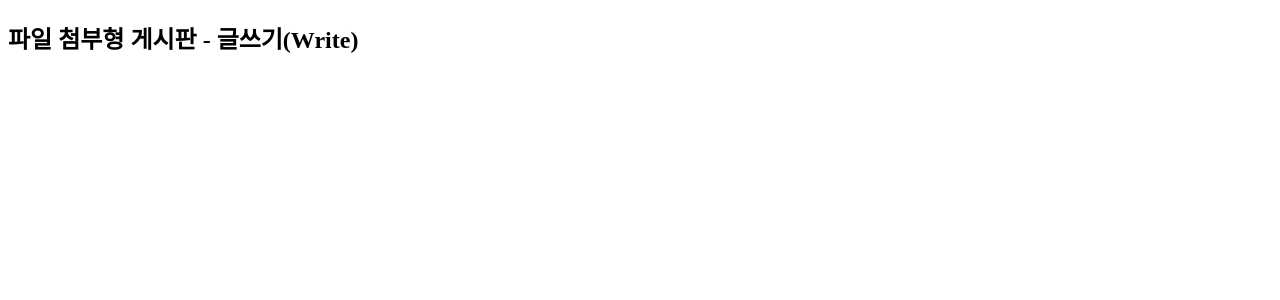
Repository: Motibidu/JSP_Servlet
Page: http://localhost/MushHaveJsp/mvcboard/write.do
The author's editor kept a copy of each file at every save. The page is drawn from the files as they stood at one save, then again after the next save.
The browser window is 1280 px wide. The pictures show the whole page.
The page is served by Tomcat 10.

Above is the page before, as saved 2025-05-15 06:13:15.

After the next save:
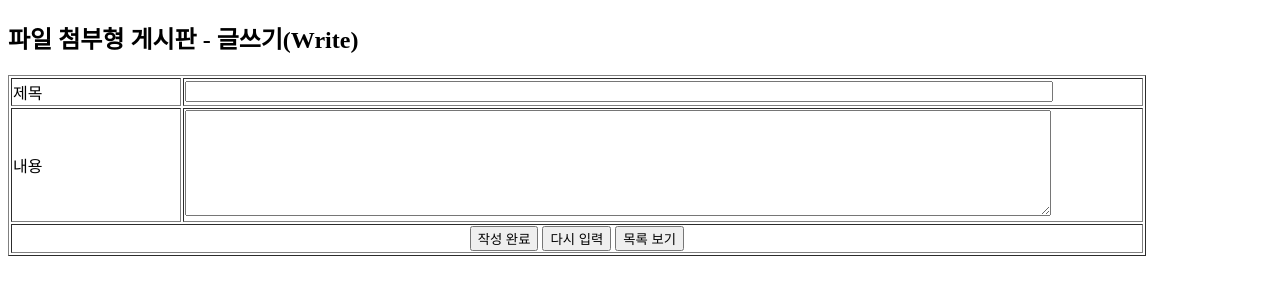
Saved 34 s later.
--- a/MushHaveJsp/src/main/webapp/14MVCBoard/Write.jsp
+++ b/MushHaveJsp/src/main/webapp/14MVCBoard/Write.jsp
@@ -34,5 +34,30 @@
 </head>
 <body>
 	<h2>파일 첨부형 게시판 - 글쓰기(Write)</h2>
+	<form name="writeFrm" method="post" action="WriteProcess.jsp"
+      onsubmit="return validateForm(this);">
+    <table border="1" width="90%">
+        <tr>
+            <td>제목</td>
+            <td>
+                <input type="text" name="title" style="width: 90%;" />
+            </td>
+        </tr>
+        <tr>
+            <td>내용</td>
+            <td>
+                <textarea name="content" style="width: 90%; height: 100px;"></textarea>
+            </td>
+        </tr>
+        <tr>
+            <td colspan="2" align="center">
+                <button type="submit">작성 완료</button>
+                <button type="reset">다시 입력</button>
+                <button type="button" onclick="location.href='List.jsp';">
+                    목록 보기</button>
+            </td>
+        </tr>
+    </table>
+</form>
 </body>
 </html>
